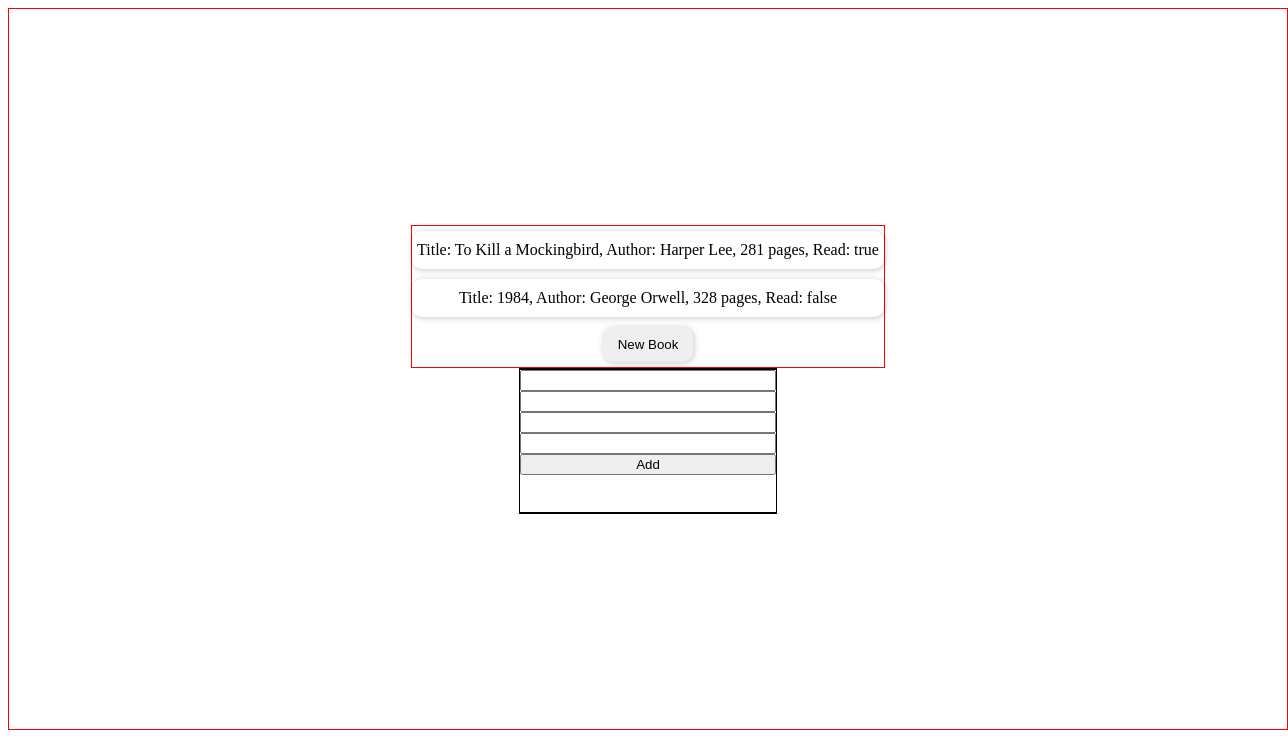
Repository: kocokoy/library
Page: index.html
The author's editor kept a copy of each file at every save. The page is drawn from the files as they stood at one save, then again after the next save.
The browser window is 1280 px wide. The page is 1288 px wide, so the pictures cover 1288 px, including what lies to the right of the window. The pictures show the whole page.

Above is the page before, as saved 2024-11-06 09:12:56.

After the next save:
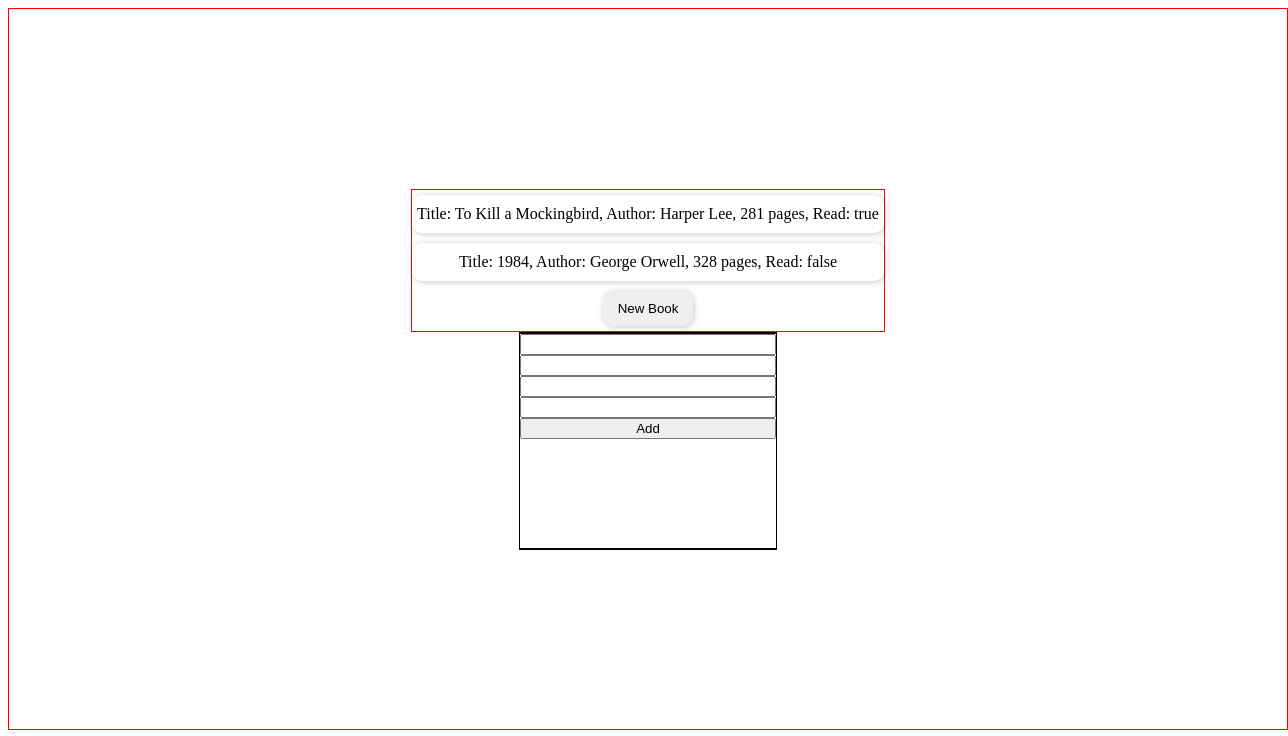
Saved 5 s later.
--- a/style.css
+++ b/style.css
@@ -49,7 +49,7 @@ body{
 /* add book card */
 .add-new-book-card {
   border: 1px solid black;
-  height: 20%;
+  height: 30%;
   width: 20%;
   display: flex;
   flex-direction: column;
